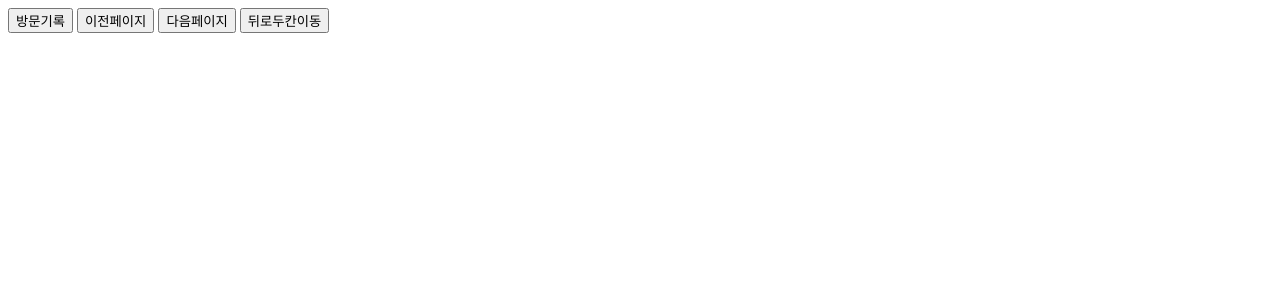
Repository: hololog/workspace_jsp1
Page: JspStudy/src/main/webapp/js1/test9.html
An editor plug-in stored every save of this project. The page is shown before and after the next save, followed by the edit.
The browser window is 1280 px wide. The pictures show the whole page.

Above is the page before, as saved 2021-12-06 03:27:09.

### JspStudy/src/main/webapp/js1/test9.html
<!DOCTYPE html>
<html>
<head>
<meta charset="UTF-8">
<title>js1/test9.hmtl</title>
<script type="text/javascript">
	function f1() {
		alert(history.length); //방문기록갯수
	}
	function f2() {
		alert("뒤로이동");
		history.back();
	}
	function f3() {
		alert("앞으로 이동");
		history.forward();
	}
	function f4() {
		alert("뒤로 2칸이동");
		history.go(-2);
	}
</script>
</head>
<body>
<input type="button" value="방문기록" onclick="f1()">
<input type="button" value="이전페이지" onclick="f2()">
<input type="button" value="다음페이지" onclick="f3()">
<input type="button" value="뒤로두칸이동" onclick="f4()">
</body>
</html>

After the next save:
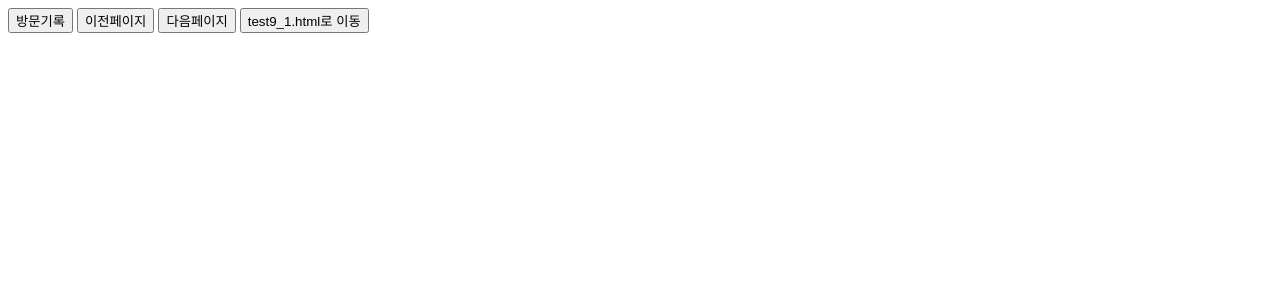
Saved 3 min 42 s later.
--- a/JspStudy/src/main/webapp/js1/test9.html
+++ b/JspStudy/src/main/webapp/js1/test9.html
@@ -16,8 +16,7 @@
 		history.forward();
 	}
 	function f4() {
-		alert("뒤로 2칸이동");
-		history.go(-2);
+		location.href="test9_1.html";
 	}
 </script>
 </head>
@@ -25,6 +24,6 @@
 <input type="button" value="방문기록" onclick="f1()">
 <input type="button" value="이전페이지" onclick="f2()">
 <input type="button" value="다음페이지" onclick="f3()">
-<input type="button" value="뒤로두칸이동" onclick="f4()">
+<input type="button" value="test9_1.html로 이동" onclick="f4()">
 </body>
 </html>
